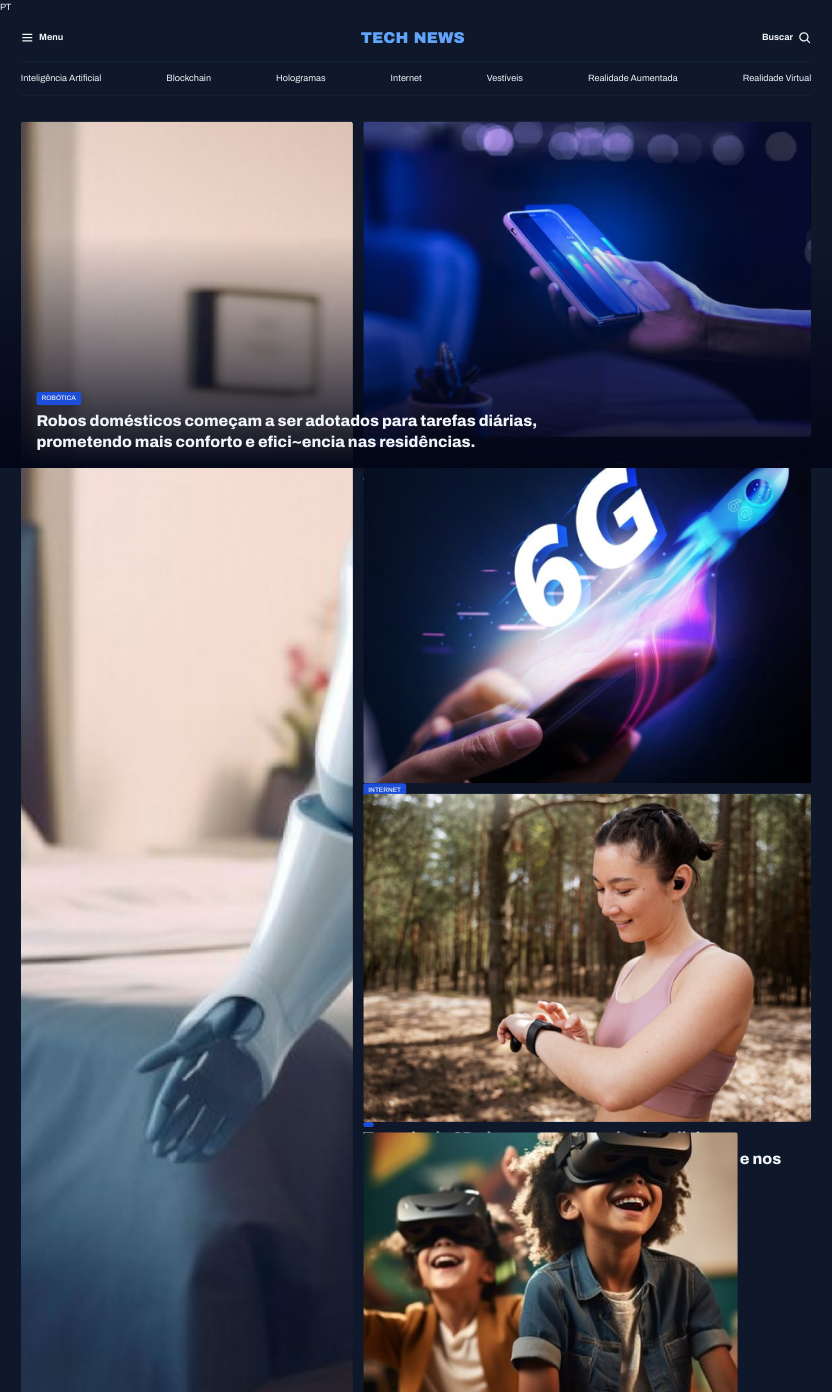
Repository: JeffRodFer/portalDeNoticias
Page: index.html
The author's editor kept a copy of each file at every save. The page is drawn from the files as they stood at one save, then again after a run of saves.
The browser window is 1280 px wide. The pictures show the whole page, at 65% of full size.

Above is the page before, as saved 2025-04-15 21:58:45.

After the next 2 saves:
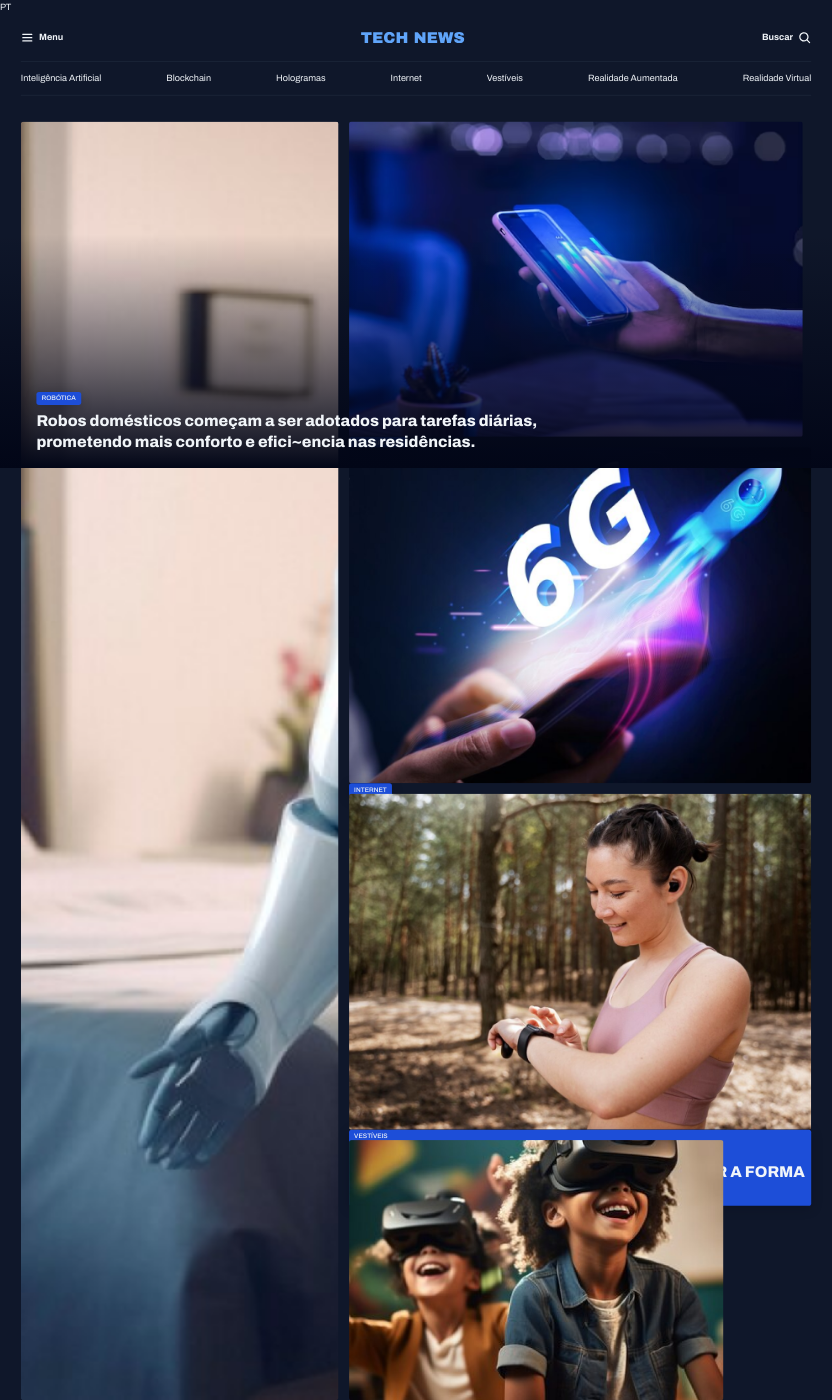
The 2 saves are shown as one change because they came seconds apart.
The last was saved 8 s later.
--- a/index.html
+++ b/index.html
@@ -73,7 +73,7 @@ PT<!DOCTYPE html>
           <img src="assets/images/Image 04.png" alt="">
 
           <figcaption>
-            <span class="content-tag"></span>
+            <span class="content-tag">Vestíveis
             <h2 class="text-2xl">
             Tecnologia 3D chega as metropoles brasileiras, prometendo revolucionar a forma como vivemos e nos comunicamos.
             </h2>
